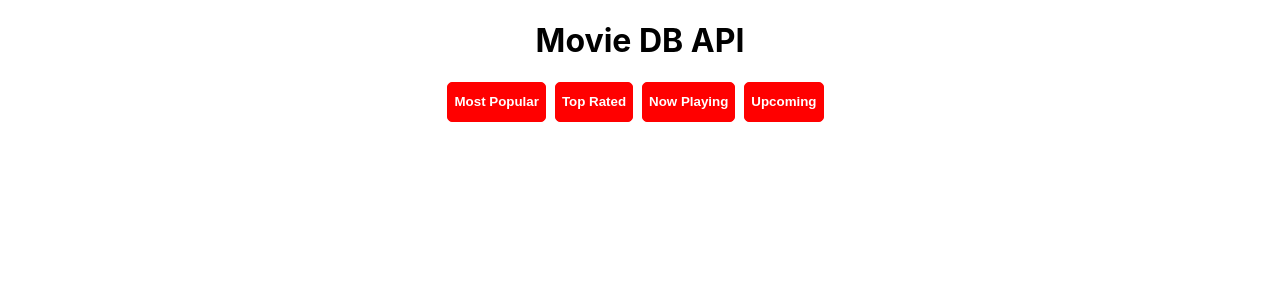
Repository: chaampavictor/moviedbapi
Page: /
The author's editor kept a copy of each file at every save. The page is drawn from the files as they stood at one save, then again after a run of saves.
The browser window is 1280 px wide. The pictures show the whole page.
The page's requests for data from a server got no answer. The project was rebuilt for these pictures with package versions that can differ from the ones it lists, and the page was loaded fresh each time. No one was signed in, and anything a server would have sent is missing.

Above is the page before, as saved 2022-01-13 10:37:32.

After the next 2 saves:
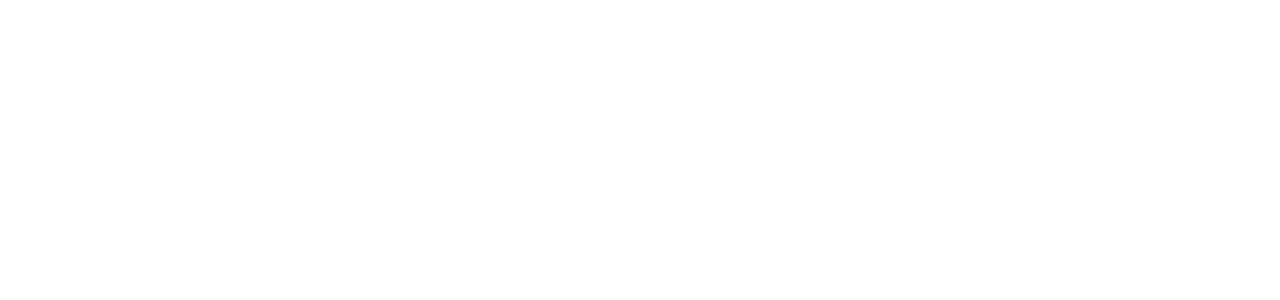
The 2 saves are shown as one change because 1 did not build or start.
The last was saved 3 min 6 s later.
--- a/src/App.js
+++ b/src/App.js
@@ -6,7 +6,6 @@
 import Col from "react-bootstrap/Col";
 import Button from "react-bootstrap/Button";
 import Modal from "react-bootstrap/Modal";
-import ModalDialog from "react-bootstrap/ModalDialog";
 const api_key = "872c70d736d1ef4484522f734137927d";
 const BASE_URL = "https://api.themoviedb.org/3";
 const getImage = (path) => `https://image.tmdb.org/t/p/w300/${path}`;
@@ -16,7 +15,7 @@
   const [isLoading, setLoading] = useState(false);
   const [show, setShow] = useState(false);
 
-  const handleClose = () => setShow(false);
+  // const handleClose = () => setShow(false);
   // const handleShow = () => setShow(true);
 
   const handleShow = () => {
@@ -73,20 +72,7 @@
 
   return (
     <div className="App">
-      <Modal show={show} onHide={handleClose}>
-        <Modal.Header closeButton>
-          <Modal.Title>Modal heading</Modal.Title>
-        </Modal.Header>
-        <Modal.Body>Woohoo, you're reading this text in a modal!</Modal.Body>
-        <Modal.Footer>
-          <Button variant="secondary" onClick={handleClose}>
-            Close
-          </Button>
-          <Button variant="primary" onClick={handleClose}>
-            Save Changes
-          </Button>
-        </Modal.Footer>
-      </Modal>
+      Modal
       <h1 style={{ textAlign: "center" }}>Movie DB API</h1>
       <header>
         <div
@@ -139,4 +125,39 @@
   );
 }
 
-export default App;
+export default Modal;
+function Example() {
+  const [show, setShow] = useState(false);
+
+  return (
+    <>
+      <Button variant="primary" onClick={() => setShow(true)}>
+        Custom Width Modal
+      </Button>
+
+      <Modal
+        show={show}
+        onHide={() => setShow(false)}
+        dialogClassName="modal-90w"
+        aria-labelledby="example-custom-modal-styling-title"
+      >
+        <Modal.Header closeButton>
+          <Modal.Title id="example-custom-modal-styling-title">
+            Custom Modal Styling
+          </Modal.Title>
+        </Modal.Header>
+        <Modal.Body>
+          <p>
+            Ipsum molestiae natus adipisci modi eligendi? Debitis amet quae unde
+            commodi aspernatur enim, consectetur. Cumque deleniti temporibus
+            ipsam atque a dolores quisquam quisquam adipisci possimus
+            laboriosam. Quibusdam facilis doloribus debitis! Sit quasi quod
+            accusamus eos quod. Ab quos consequuntur eaque quo rem! Mollitia
+            reiciendis porro quo magni incidunt dolore amet atque facilis ipsum
+            deleniti rem!
+          </p>
+        </Modal.Body>
+      </Modal>
+    </>
+  );
+}

After the save that followed:
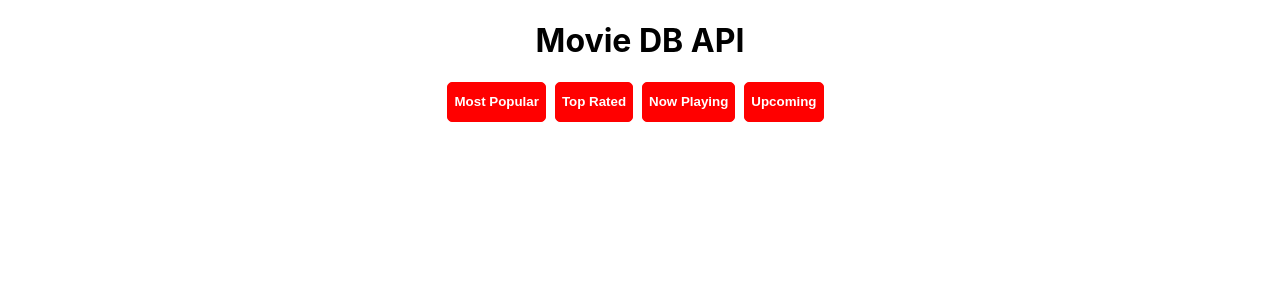
Saved 10 s later.
--- a/src/App.js
+++ b/src/App.js
@@ -5,7 +5,6 @@
 import Row from "react-bootstrap/Row";
 import Col from "react-bootstrap/Col";
 import Button from "react-bootstrap/Button";
-import Modal from "react-bootstrap/Modal";
 const api_key = "872c70d736d1ef4484522f734137927d";
 const BASE_URL = "https://api.themoviedb.org/3";
 const getImage = (path) => `https://image.tmdb.org/t/p/w300/${path}`;
@@ -72,7 +71,6 @@
 
   return (
     <div className="App">
-      Modal
       <h1 style={{ textAlign: "center" }}>Movie DB API</h1>
       <header>
         <div
@@ -125,39 +123,4 @@
   );
 }
 
-export default Modal;
-function Example() {
-  const [show, setShow] = useState(false);
-
-  return (
-    <>
-      <Button variant="primary" onClick={() => setShow(true)}>
-        Custom Width Modal
-      </Button>
-
-      <Modal
-        show={show}
-        onHide={() => setShow(false)}
-        dialogClassName="modal-90w"
-        aria-labelledby="example-custom-modal-styling-title"
-      >
-        <Modal.Header closeButton>
-          <Modal.Title id="example-custom-modal-styling-title">
-            Custom Modal Styling
-          </Modal.Title>
-        </Modal.Header>
-        <Modal.Body>
-          <p>
-            Ipsum molestiae natus adipisci modi eligendi? Debitis amet quae unde
-            commodi aspernatur enim, consectetur. Cumque deleniti temporibus
-            ipsam atque a dolores quisquam quisquam adipisci possimus
-            laboriosam. Quibusdam facilis doloribus debitis! Sit quasi quod
-            accusamus eos quod. Ab quos consequuntur eaque quo rem! Mollitia
-            reiciendis porro quo magni incidunt dolore amet atque facilis ipsum
-            deleniti rem!
-          </p>
-        </Modal.Body>
-      </Modal>
-    </>
-  );
-}
+export default App;
